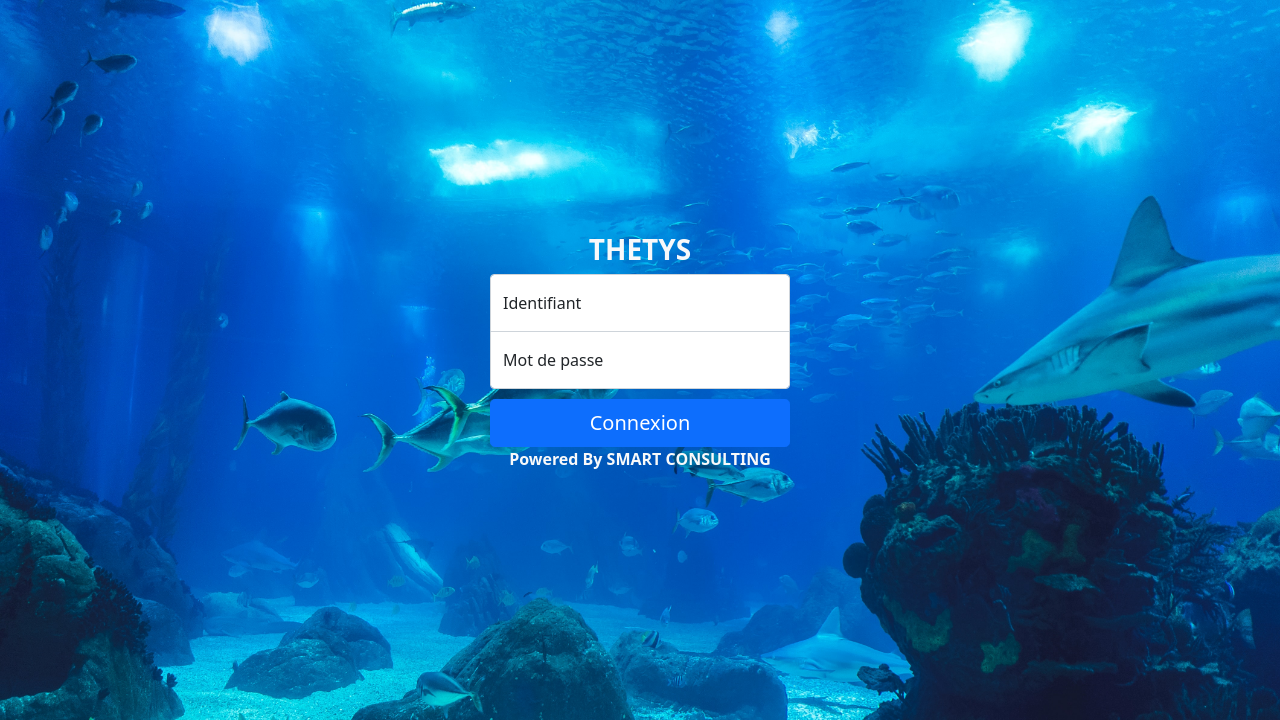
Repository: Elie-Dey/airblio
Page: index.html
An editor plug-in stored every save of this project. The page is shown before and after the next save, followed by the edit.
The browser window is 1280 px wide. The pictures show the whole page.

Above is the page before, as saved 2022-04-02 02:51:27.

### index.html
<!DOCTYPE html>
<html lang="en">
  <head>
    <meta charset="utf-8" />
    <meta name="viewport" content="width=device-width, initial-scale=1" />
    <meta name="description" content="" />
    <meta
      name="author"
      content="Mark Otto, Jacob Thornton, and Bootstrap contributors"
    />
    <meta name="generator" content="Hugo 0.84.0" />
    <title>Signin Template · Bootstrap v5.0</title>

    <!-- <link
      rel="canonical"
      href="https://getbootstrap.com/docs/5.0/examples/sign-in/"
    /> -->

    <!-- Bootstrap core CSS -->
    <link
      href="https://cdn.jsdelivr.net/npm/bootstrap@5.1.3/dist/css/bootstrap.min.css"
      rel="stylesheet"
      integrity="sha384-1BmE4kWBq78iYhFldvKuhfTAU6auU8tT94WrHftjDbrCEXSU1oBoqyl2QvZ6jIW3"
      crossorigin="anonymous"
    />

    <style>
      .bd-placeholder-img {
        font-size: 1.125rem;
        text-anchor: middle;
        -webkit-user-select: none;
        -moz-user-select: none;
        user-select: none;
      }

      @media (min-width: 768px) {
        .bd-placeholder-img-lg {
          font-size: 3.5rem;
        }
      }
      body {
        background-image: url("images/indexBackground.jpg");
        height: 100vh;
      }
    </style>

    <!-- Custom styles for this template -->
    <link href="css/connexion.css" rel="stylesheet" />
  </head>
  <body class="text-center">
    <main class="form-signin">
      <form action="dashboard.html" method="">
        <!-- <img
          class="mb-4"
          src="images/logo.png"
          alt=""
          width="200"
          height="200"
        /> -->
        <h1 class="h3 mb-2 fw-bold text-light">THETYS</h1>

        <div class="form-floating">
          <input
            type="email"
            class="form-control"
            id="floatingInput"
            placeholder="name@example.com"
          />
          <label for="floatingInput">Identifiant</label>
        </div>
        <div class="form-floating">
          <input
            type="password"
            class="form-control"
            id="floatingPassword"
            placeholder="Password"
          />
          <label for="floatingPassword">Mot de passe</label>
        </div>

        <button class="w-100 btn btn-lg btn-primary" type="submit">
          Connexion
        </button>

        <p class="mt-10 text-light fw-bold">Powered By SMART CONSULTING</p>
      </form>
    </main>
  </body>
</html>

### css/connexion.css
html,
body {
  height: 100%;
}

body {
  display: flex;
  align-items: center;
  padding-top: 40px;
  padding-bottom: 40px;

  -webkit-background-size: cover;
  -moz-background-size: cover;
  background-size: cover;
  -o-background-size: cover;
}

.form-signin {
  width: 100%;
  max-width: 330px;
  padding: 15px;
  margin: auto;
}

.form-signin .checkbox {
  font-weight: 400;
}

.form-signin .form-floating:focus-within {
  z-index: 2;
}

.form-signin input[type="email"] {
  margin-bottom: -1px;
  border-bottom-right-radius: 0;
  border-bottom-left-radius: 0;
}

.form-signin input[type="password"] {
  margin-bottom: 10px;
  border-top-left-radius: 0;
  border-top-right-radius: 0;
}

After the next save:
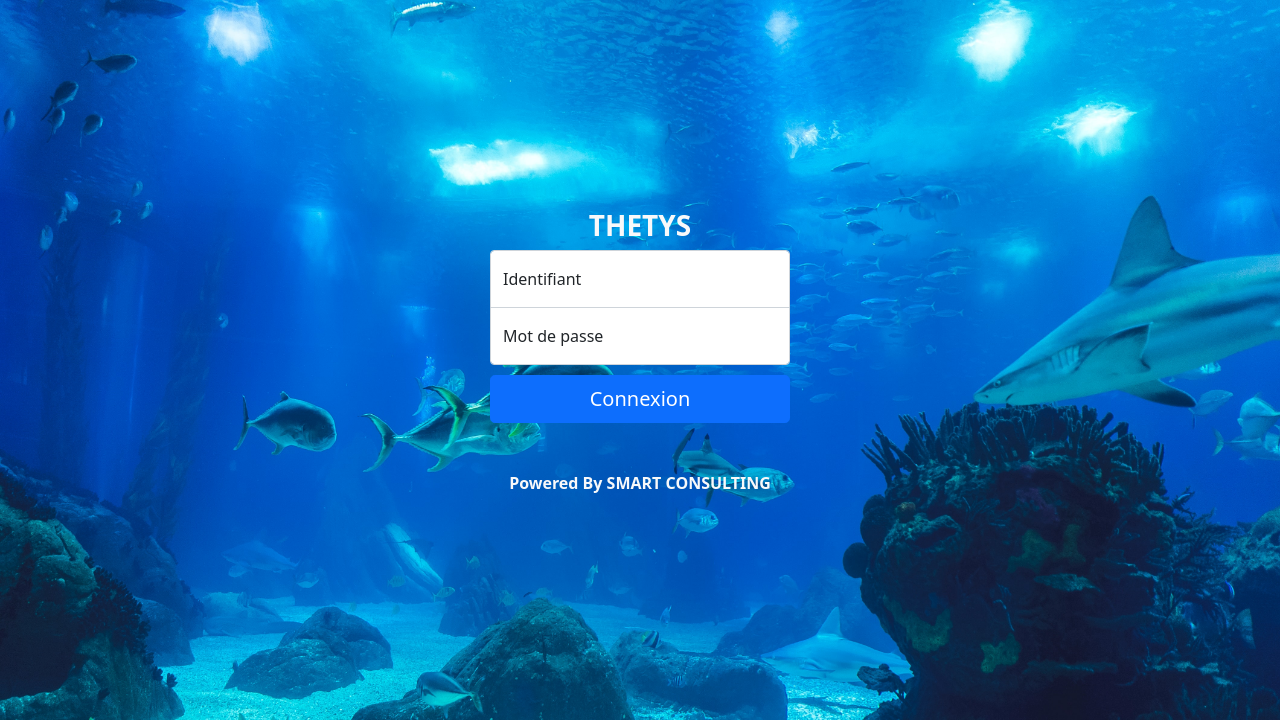
Saved 7 s later.
--- a/index.html
+++ b/index.html
@@ -82,7 +82,7 @@
           Connexion
         </button>
 
-        <p class="mt-10 text-light fw-bold">Powered By SMART CONSULTING</p>
+        <p class="mt-5 text-light fw-bold">Powered By SMART CONSULTING</p>
       </form>
     </main>
   </body>
